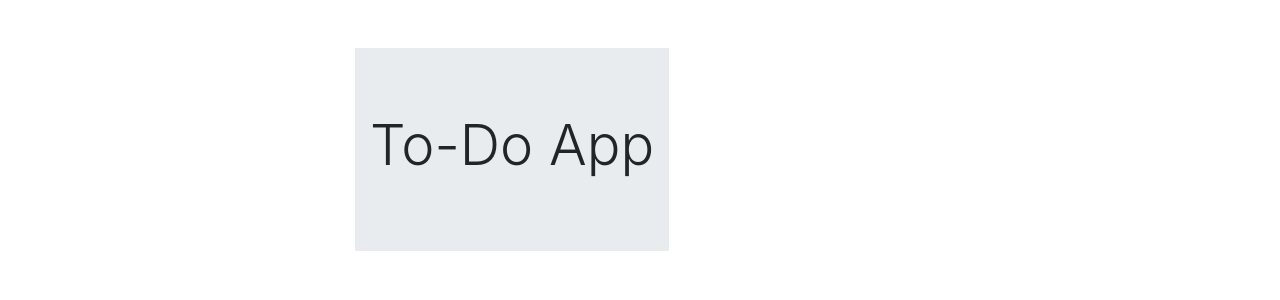
Repository: Khilanmakwana/Todo-App-ReactJS
Page: /
The author's editor kept a copy of each file at every save. The page is drawn from the files as they stood at one save, then again after the next save.
The browser window is 1280 px wide. The pictures show the whole page.
The project was rebuilt for these pictures with package versions that can differ from the ones it lists, and the page was loaded fresh each time. Also part of the build but not shown: src/App.css.

Above is the page before, as saved 2020-04-28 15:12:41.

### public/index.html
<!DOCTYPE html>
<html lang="en">

<head>
  <meta charset="utf-8" />
  <link rel="icon" href="%PUBLIC_URL%/favicon.ico" />
  <meta name="viewport" content="width=device-width, initial-scale=1" />
  <meta name="theme-color" content="#000000" />
  <meta name="description" content="Web site created using create-react-app" />
  <link rel="apple-touch-icon" href="%PUBLIC_URL%/logo192.png" />
  <!--
      manifest.json provides metadata used when your web app is installed on a
      user's mobile device or desktop. See https://developers.google.com/web/fundamentals/web-app-manifest/
    -->
  <link rel="manifest" href="%PUBLIC_URL%/manifest.json" />
  <!--
      Notice the use of %PUBLIC_URL% in the tags above.
      It will be replaced with the URL of the `public` folder during the build.
      Only files inside the `public` folder can be referenced from the HTML.

      Unlike "/favicon.ico" or "favicon.ico", "%PUBLIC_URL%/favicon.ico" will
      work correctly both with client-side routing and a non-root public URL.
      Learn how to configure a non-root public URL by running `npm run build`.
    -->
  <title>React App</title>
  <link rel="stylesheet" href="https://stackpath.bootstrapcdn.com/bootstrap/4.4.1/css/bootstrap.min.css"
    integrity="sha384-Vkoo8x4CGsO3+Hhxv8T/Q5PaXtkKtu6ug5TOeNV6gBiFeWPGFN9MuhOf23Q9Ifjh" crossorigin="anonymous">
</head>

<body>
  <noscript>You need to enable JavaScript to run this app.</noscript>
  <div class="container">
    <div class="row">
      <div class="col-mf-6 offset-md-3 mt-5">
        <div id="root"></div>
      </div>
    </div>
  </div>
  <!--
      This HTML file is a template.
      If you open it directly in the browser, you will see an empty page.

      You can add webfonts, meta tags, or analytics to this file.
      The build step will place the bundled scripts into the <body> tag.

      To begin the development, run `npm start` or `yarn start`.
      To create a production bundle, use `npm run build` or `yarn build`.
    -->
  <script src="https://code.jquery.com/jquery-3.4.1.slim.min.js"
    integrity="sha384-J6qa4849blE2+poT4WnyKhv5vZF5SrPo0iEjwBvKU7imGFAV0wwj1yYfoRSJoZ+n" crossorigin="anonymous">
  </script>
  <script src="https://cdn.jsdelivr.net/npm/popper.js@1.16.0/dist/umd/popper.min.js"
    integrity="sha384-Q6E9RHvbIyZFJoft+2mJbHaEWldlvI9IOYy5n3zV9zzTtmI3UksdQRVvoxMfooAo" crossorigin="anonymous">
  </script>
  <script src="https://stackpath.bootstrapcdn.com/bootstrap/4.4.1/js/bootstrap.min.js"
    integrity="sha384-wfSDF2E50Y2D1uUdj0O3uMBJnjuUD4Ih7YwaYd1iqfktj0Uod8GCExl3Og8ifwB6" crossorigin="anonymous">
  </script>
</body>

</html>

### src/App.js
import React from 'react';
import './App.css';

function App() {
  return (
      <div className="jumbotron jumbotron-fluid">
    <div className="container">
    <h1 className="display-4">To-Do App</h1>
  </div>
</div>
  );
}

export default App;

Loaded but not shown: src/index.js (common file); src/index.css (common file); src/serviceWorker.js (common file)

After the next save:
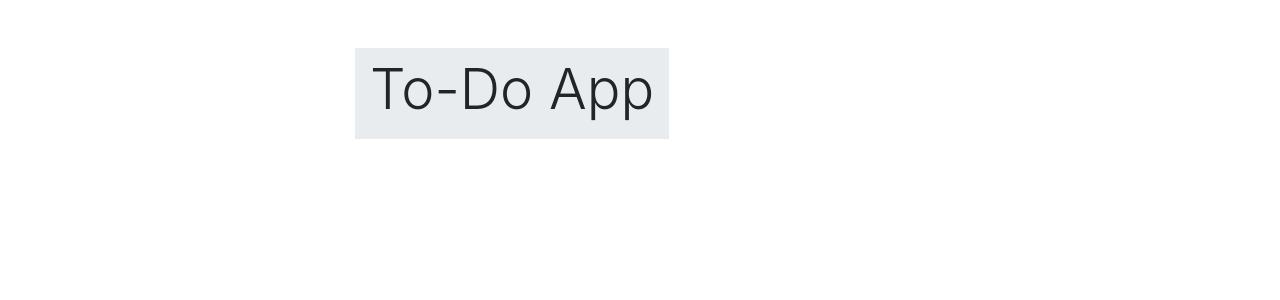
Saved 24 s later.
--- a/src/App.js
+++ b/src/App.js
@@ -3,7 +3,7 @@
 
 function App() {
   return (
-      <div className="jumbotron jumbotron-fluid">
+      <div className="jumbotron jumbotron-fluid py-2">
     <div className="container">
     <h1 className="display-4">To-Do App</h1>
   </div>
